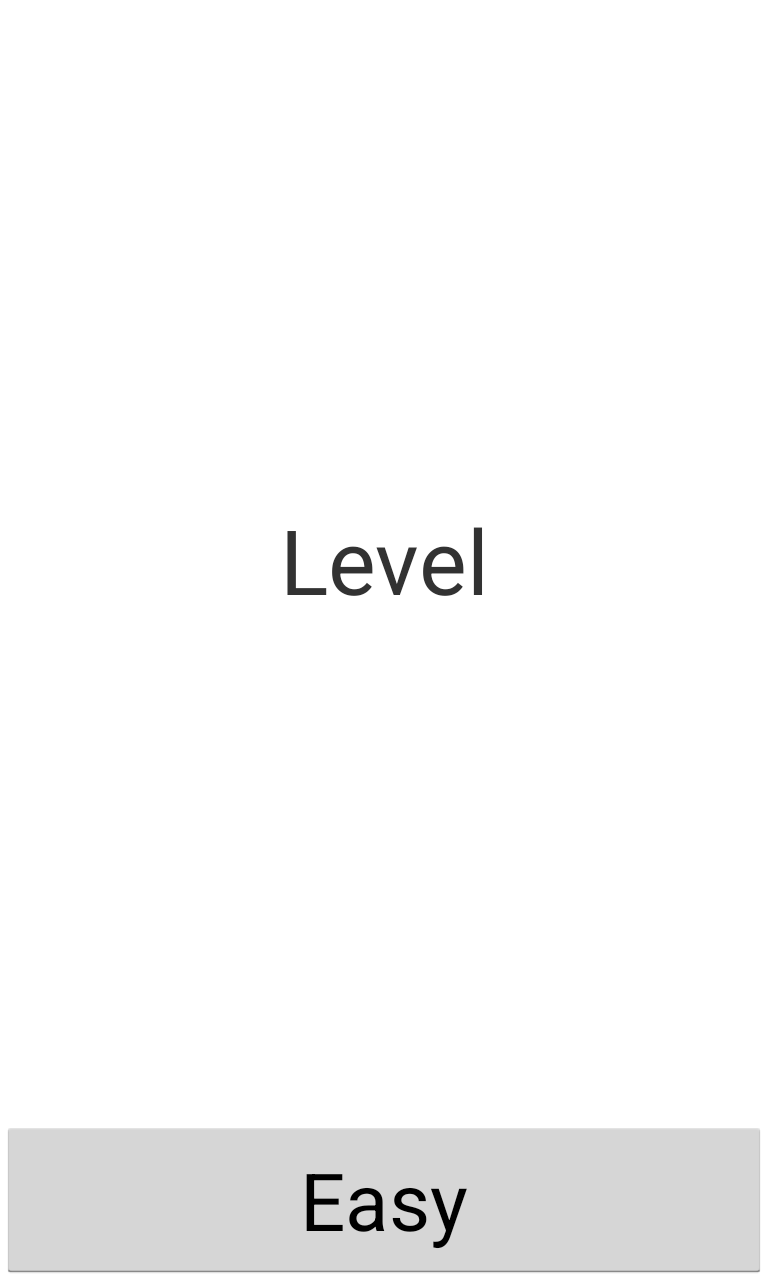
Repository: rupaligarje123/aakash
Layout: androidphotoquiz/FunChem1/photoquiz/res/layout/activity_main.xml
These files come from the project's save history. The layout is drawn as it stood at one moment and after the next save; the edit follows.
It is drawn on a 768 x 1280 px phone screen (xhdpi) without system bars, with theme AppTheme; the app's code is not run.

Above is the layout before, as saved 2013-04-18 06:19:41.

After the next save:
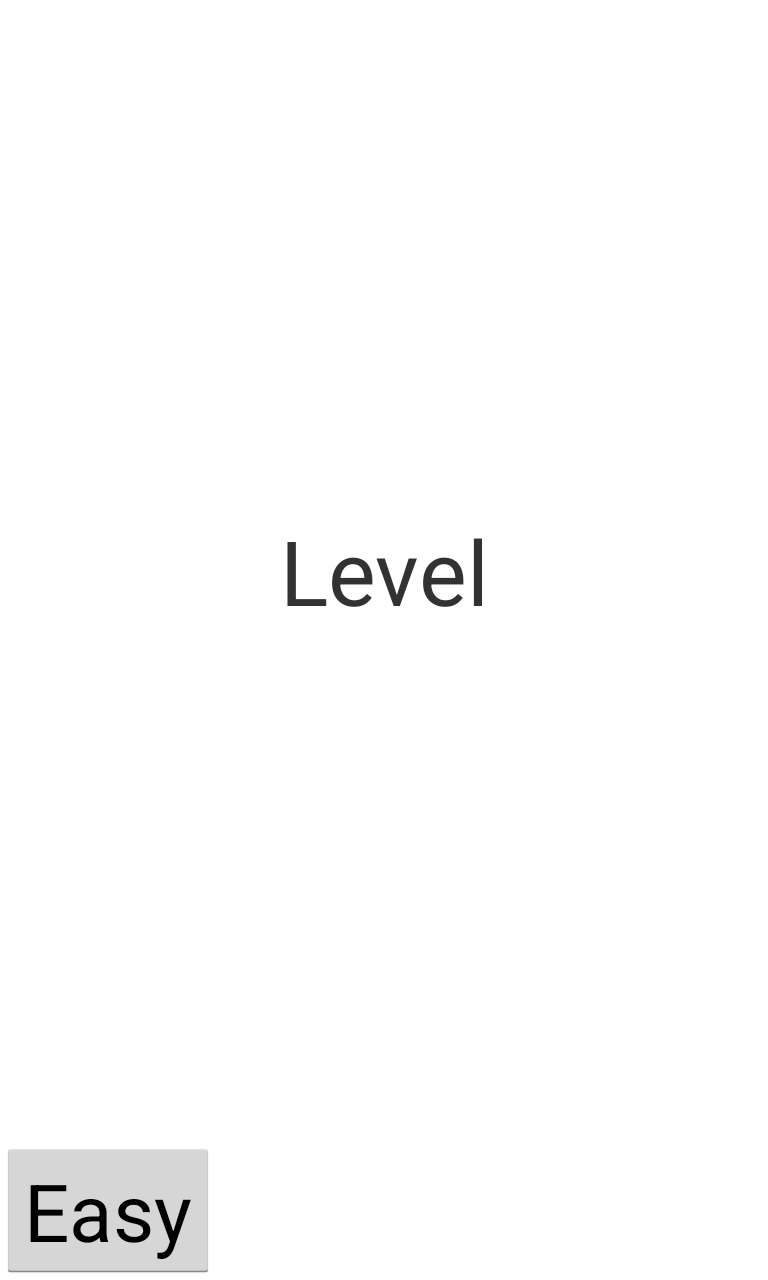
Saved 86 s later.
--- a/androidphotoquiz/FunChem1/photoquiz/res/layout/activity_main.xml
+++ b/androidphotoquiz/FunChem1/photoquiz/res/layout/activity_main.xml
@@ -16,8 +16,8 @@
 
     <Button
         android:id="@+id/bEasy"
-        android:layout_width="fill_parent"
-        android:layout_height="80sp"
+        android:layout_width="wrap_content"
+        android:layout_height="wrap_content"
         android:layout_weight="0.00"
         android:text="Easy"
         android:textSize="40sp" />
